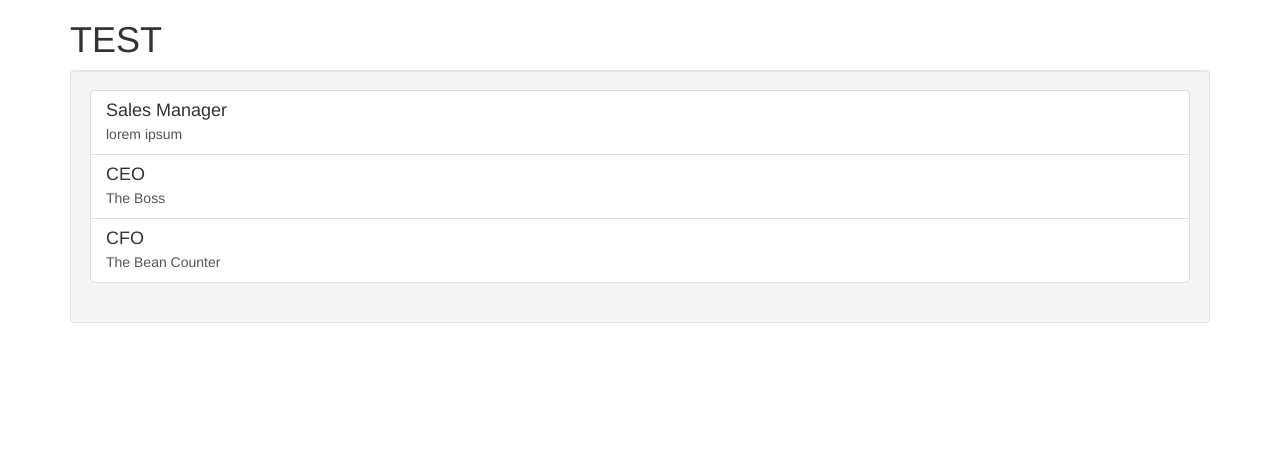
Repository: mturaga/JobsFinderTest
Page: http://localhost/
The author's editor kept a record of every edit. The page is drawn from the files as they stood at one moment, then again after the next edit.
The browser window is 1280 px wide. The pictures show the whole page.
The page is served by the project's Node server (server.js).

Above is the page before.

After the next edit:
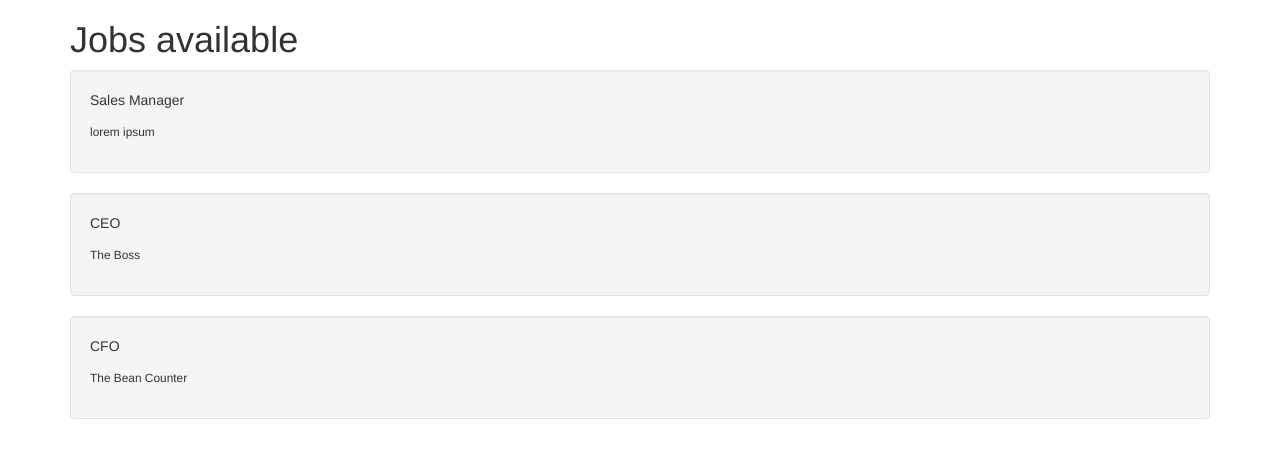
Console error: SyntaxError: Unexpected token '<'
The edit:
--- a/server.js
+++ b/server.js
@@ -8,7 +8,7 @@
 app.use(express.static(__dirname + "/public"))
 
 app.get("*", function(req, res){
-    res.render("index.jade");
+    res.render("index.html");
 });
 
 app.listen(process.env.PORT, process.env.IP);
